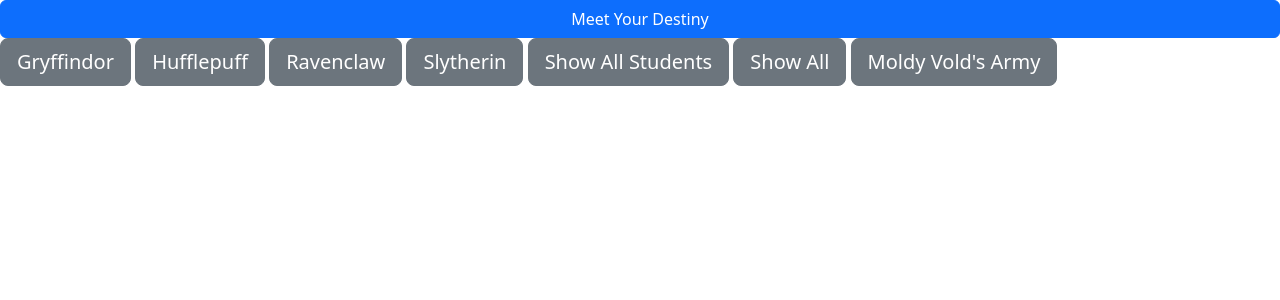
Repository: jgramirez0210/INDIVIDUAL-PROJECT-sorting-hat
Page: index.html
These files come from the project's save history. The page is drawn as it stood at one moment and after a run of saves; the edit follows.
The browser window is 1280 px wide. The pictures show the whole page.

Above is the page before, as saved 2023-11-03 22:00:37.
Console error: TypeError: Cannot set properties of null (setting 'value')

After the next 4 saves:
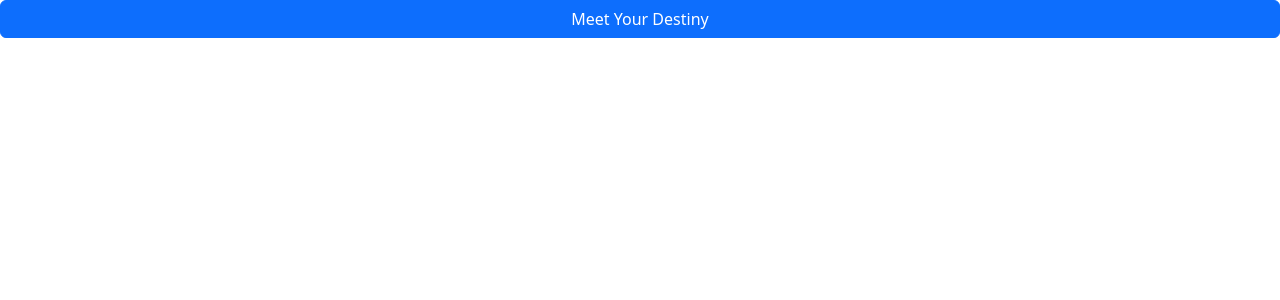
The 4 saves are shown as one change because they came seconds apart.
The last was saved 17 s later.
--- a/index.html
+++ b/index.html
@@ -10,7 +10,7 @@
 <body>
   <div id="container"></div>
     <div id="introButton"></div>
-    <div id="filterBtns" class="filter-button-container"></div>
+    <div id="filterBtns" class="filter-button-container" style="display: none"></div>
     <div id="formContainer"></div>
     <div id="cardsContainer"></div>
 
